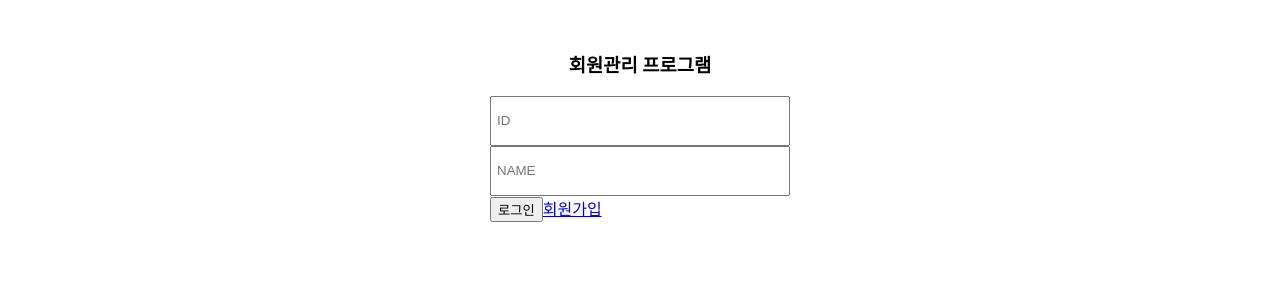
Repository: goatmxj67/ServerProgram1
Page: http://localhost/ServerProgram1/login.jsp
The author's editor kept a copy of each file at every save. The page is drawn from the files as they stood at one save, then again after the next save.
The browser window is 1280 px wide. The pictures show the whole page.
The page is served by Tomcat 9.

Above is the page before, as saved 2021-06-14 07:42:36.
Console error: ReferenceError: $ is not defined

After the next save:
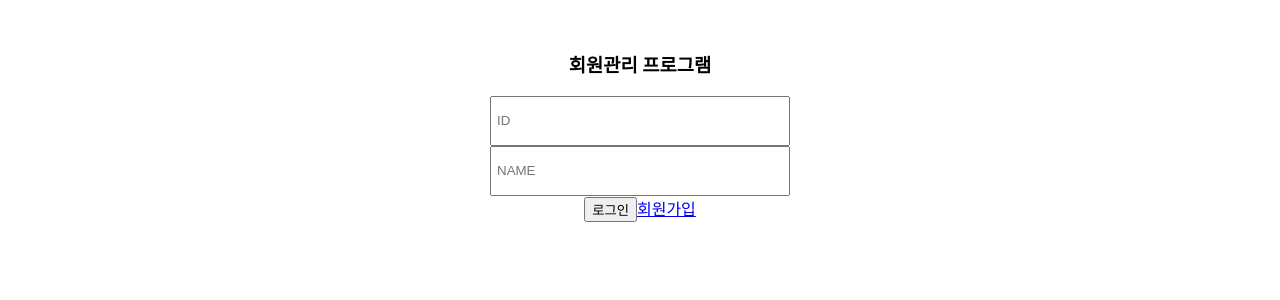
Saved 17 s later.
--- a/ServerProgram1/WebContent/login.jsp
+++ b/ServerProgram1/WebContent/login.jsp
@@ -18,6 +18,9 @@
 	}
 	#f button:hover {
 		cursor: pointer;
+	}
+	.footer {
+		text-align: center;
 	}
 </style>
 <script>
